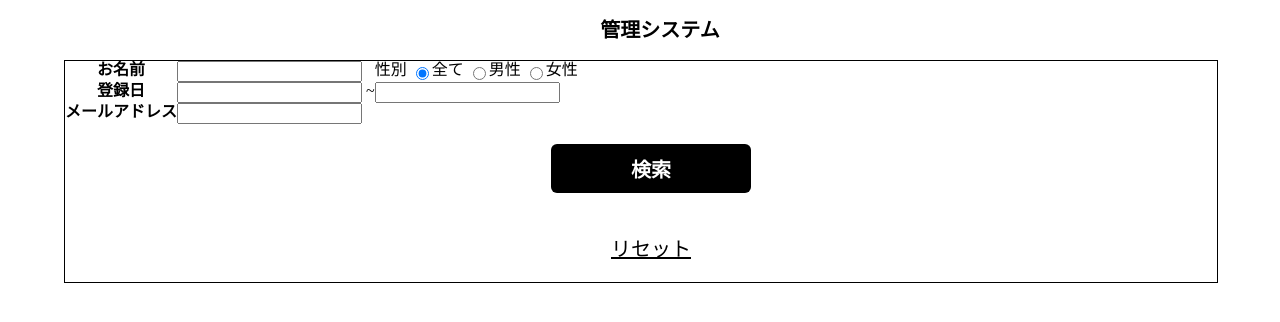
Repository: masanarimiura/20220723_miura_advance_test
Page: http://localhost/manage
The author's editor kept a copy of each file at every save. The page is drawn from the files as they stood at one save, then again after the next save.
The browser window is 1280 px wide. The pictures show the whole page.
The page is served by the project's Laravel application, run on PHP 8.4 with Laravel 8. Other server files are loaded and not shown.

Above is the page before, as saved 2022-07-19 20:23:26.

### routes/web.php
<?php

use Illuminate\Support\Facades\Route;
use App\Http\Controllers\ContactController;


Route::get('/', [ContactController::class, 'index']);
Route::post('/', [ContactController::class, 'input']);
Route::get('/confirm', [ContactController::class, 'retype']);
Route::post('/confirm', [ContactController::class, 'store']);
Route::get('/thanks', [ContactController::class, 'thanks']);
Route::get('/manage', [ContactController::class, 'manage']);

### app/Http/Controllers/ContactController.php
<?php

namespace App\Http\Controllers;

use Illuminate\Http\Request;
use App\Models\Contact;
use App\Http\Requests\ClientRequest;

class ContactController extends Controller
{
    public function index()
    {
        return view('index');
    }

    public function input(ClientRequest $request)
    {
        return view('confirm',$request);
    }

    public function retype(Request $request)
    {
        return redirect('/')->withInput();
    }

    public function store(Request $request)
    {
        // 登録処理
        return view('thanks');
    }

    public function thanks()
    {
        return view('thanks');
    }

    public function manage()
    {
        return view('manage');
    }



    // public function search(Request $request)
    // {
    //     $item = Contact::find($request->input);
    //     $param = [
    //         'item' => $item,
    //         'input' => $request->input
    //     ];
    //     return view('find', $param);
    // }
}

### resources/views/manage.blade.php
<!DOCTYPE html>
<html lang="ja">

<head>
  <meta charset="UTF-8">
  <meta name="viewport" content="width=device-width, initial-scale=1.0">
  <meta http-equiv="X-UA-Compatible" content="ie=edge">
  <title>advance_test</title>
  <style>
    html, body, div, span, object, iframe,
h1, h2, h3, h4, h5, h6, p, blockquote, pre,
abbr, address, cite, code,
del, dfn, em, img, ins, kbd, q, samp,
small, strong, sub, sup, var,
b, i,
dl, dt, dd, ol, ul, li,
fieldset, form, label, legend,
table, caption, tbody, tfoot, thead, tr, th, td,
article, aside, canvas, details, figcaption, figure,
footer, header, hgroup, menu, nav, section, summary,
time, mark, audio, video {
    margin:0;
    padding:0;
    border:0;
    outline:0;
    font-size:100%;
    vertical-align:baseline;
    background:transparent;
}

body {
    line-height:1;
}

article,aside,details,figcaption,figure,
footer,header,hgroup,menu,nav,section {
    display:block;
}

nav ul {
    list-style:none;
}

blockquote, q {
    quotes:none;
}

blockquote:before, blockquote:after,
q:before, q:after {
    content:'';
    content:none;
}

a {
    margin:0;
    padding:0;
    font-size:100%;
    vertical-align:baseline;
    background:transparent;
}

/* change colours to suit your needs */
ins {
    background-color:#ff9;
    color:#000;
    text-decoration:none;
}

/* change colours to suit your needs */
mark {
    background-color:#ff9;
    color:#000;
    font-style:italic;
    font-weight:bold;
}

del {
    text-decoration: line-through;
}

abbr[title], dfn[title] {
    border-bottom:1px dotted;
    cursor:help;
}

table {
    border-collapse:collapse;
    border-spacing:0;
}

/* change border colour to suit your needs */
hr {
    display:block;
    height:1px;
    border:0;
    border-top:1px solid #cccccc;
    margin:1em 0;
    padding:0;
}

input, select {
    vertical-align:middle;
}
/* ここまでreset.css */
.manage {
  width:90%;
  margin: 0 auto;
}
.manage h2{
  text-align:center;
  padding: 20px;
  font-size:20px;
  width: 100%;
}
.system {
  width:100%;
  border:solid 1px black;
}
.search-gender p {
  display: inline;
}




.submit-box {
  text-align:center;
  padding: 10px;
  font-size:20px;
  width: 100%;
}
.submit-btn{
  border-radius: 6px;
  margin: 10px auto 0;
  padding-top: 10px;
  padding-bottom: 10px;
  width: 200px;
  display: block;
  background: black;
  color: #fff;
  font-weight: bold;
  font-size: 20px;
  border: none;
  cursor: pointer;
}
.return-btn{
  border: none;
  margin: 10px auto 0;
  padding-top: 10px;
  padding-bottom: 10px;
  display: block;
  background: #fff;
  color: black;
  font-size: 20px;
  text-decoration:underline;
  cursor: pointer;
}






.show-data {
  width:100%;
}
  </style>
</head>

<body>
  <div class="manage">
    <h2>管理システム</h2>
    <div class="system">
      <form action="">
        <table>
          @csrf
          <tr>
            <th>お名前</th>
            <td>
              <input type="text" name="full_name-search" value="" >
            </td>
            <td class="search-gender">
              <p>性別</p>
              <input type="radio" name="gender" value="全て" checked class="check-box">全て
              <input type="radio" name="gender" value="男性" class="check-box">男性
              <input type="radio" name="gender" value="女性" class="check-box">女性
            </td>
          </tr>
          <tr>
            <th>登録日</th>
            <td>
              <input type="text" name="begin-search-date" value="" >
              <span>~</span>
            </td>
            <td>
              <input type="text" name="end-search-date" value="" >
            </td>
          </tr>
          <tr>
            <th>メールアドレス</th>
            <td>
              <input type="text" name="email-search" value="" >
            </td>
          </tr>
        </table>
        <div class="submit-box">
          <button type="submit" class="submit-btn">検索</button>
        </div>
        <div class="submit-box">
          <button type="submit" formmethod="get" class="return-btn">リセット</button>
        </div>
      </form>
    </div>


    <div class="show-data">
    </div>
  </div>
</body>
</html>

<script>

</script>

Loaded but not shown: app/Providers/AppServiceProvider.php (common file); app/Http/Controllers/Controller.php (common file)

After the next save:
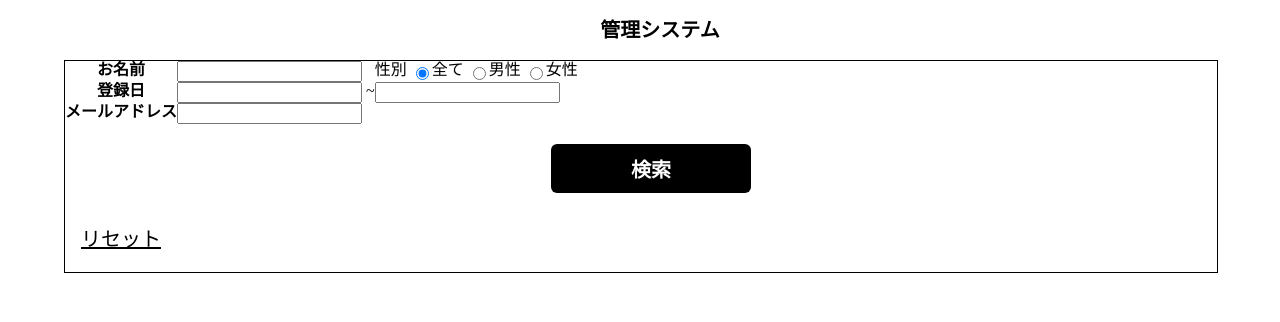
Saved 38 s later.
--- a/resources/views/manage.blade.php
+++ b/resources/views/manage.blade.php
@@ -145,7 +145,7 @@ input, select {
 }
 .return-btn{
   border: none;
-  margin: 10px auto 0;
+  margin: ０px auto 0;
   padding-top: 10px;
   padding-bottom: 10px;
   display: block;
